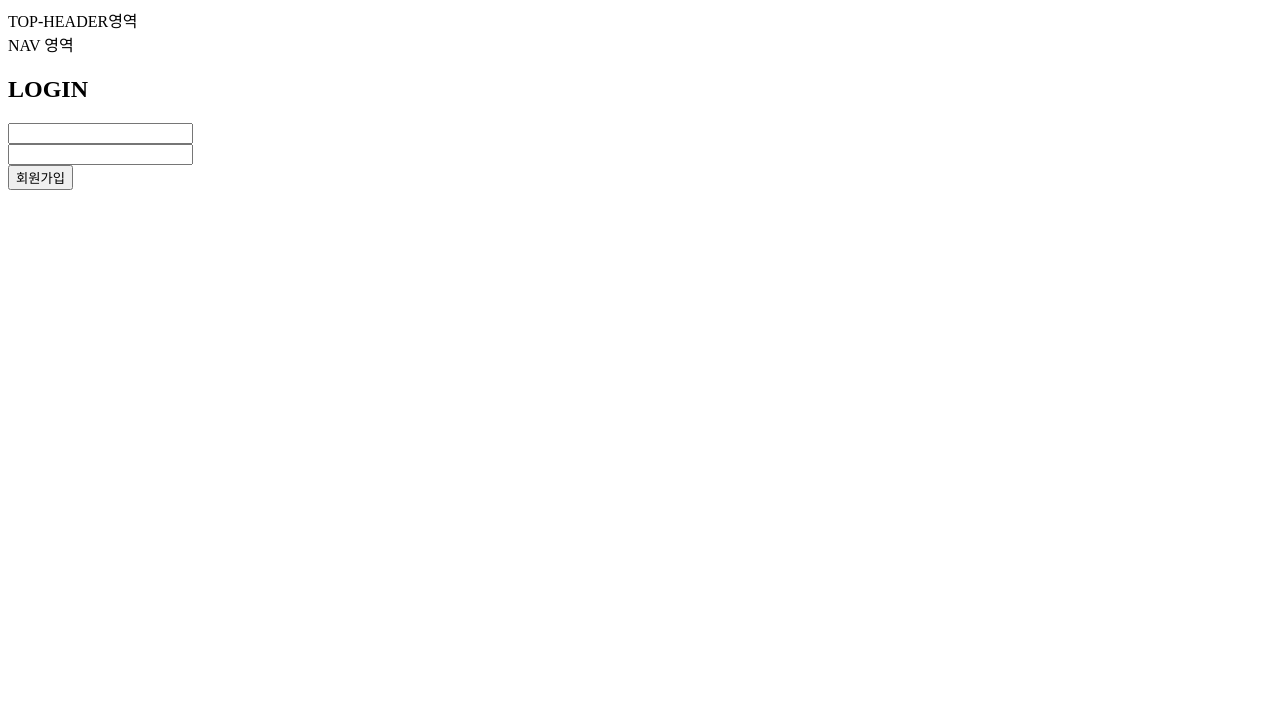
Repository: Leehj9094/JAVA_BOOK-
Page: http://localhost/01JSP/C04/login_form.jsp
The author's editor kept a copy of each file at every save. The page is drawn from the files as they stood at one save, then again after the next save.
The browser window is 1280 px wide. The pictures show the whole page.
The page is served by Tomcat 9. Other server files are loaded and not shown.

Above is the page before, as saved 2025-04-03 00:16:27.

### JSP/01JSP/src/main/webapp/C04/login_form.jsp
<%@ page language="java" contentType="text/html; charset=UTF-8"
	pageEncoding="UTF-8"%>
<!DOCTYPE html>
<html>
<head>
<meta charset="UTF-8">
<title>Insert title here</title>
</head>
<body>
	<div class="wrapper">
		<header>
			<!--  -->
			<%@ include file="./layouts/TopHeader.jsp"%>
			<!--  -->
			<%@ include file="./layouts/Nav.jsp"%>
		</header>
		<main>
			<section>
				<h1>LOGIN</h1>
				<form action="Login_process.jsp" method="post">
					<input type="text" name="userid" /><br> <input type="text"
						name="password" /><br> <input type="submit" value="회원가입" />
				</form>
			</section>
		</main>
		<footer>

		</footer>
</body>
</html>

### JSP/01JSP/src/main/webapp/C04/layouts/TopHeader.jsp
<%@ page language="java" contentType="text/html; charset=UTF-8"
    pageEncoding="UTF-8"%>
<!-- TOP-HEADER -->
<div class="top-header">TOP-HEADER영역</div>

### JSP/01JSP/src/main/webapp/C04/layouts/Nav.jsp
<%@ page language="java" contentType="text/html; charset=UTF-8"
    pageEncoding="UTF-8"%>

<!-- NAV -->
<nav>NAV 영역</nav>

After the next save:
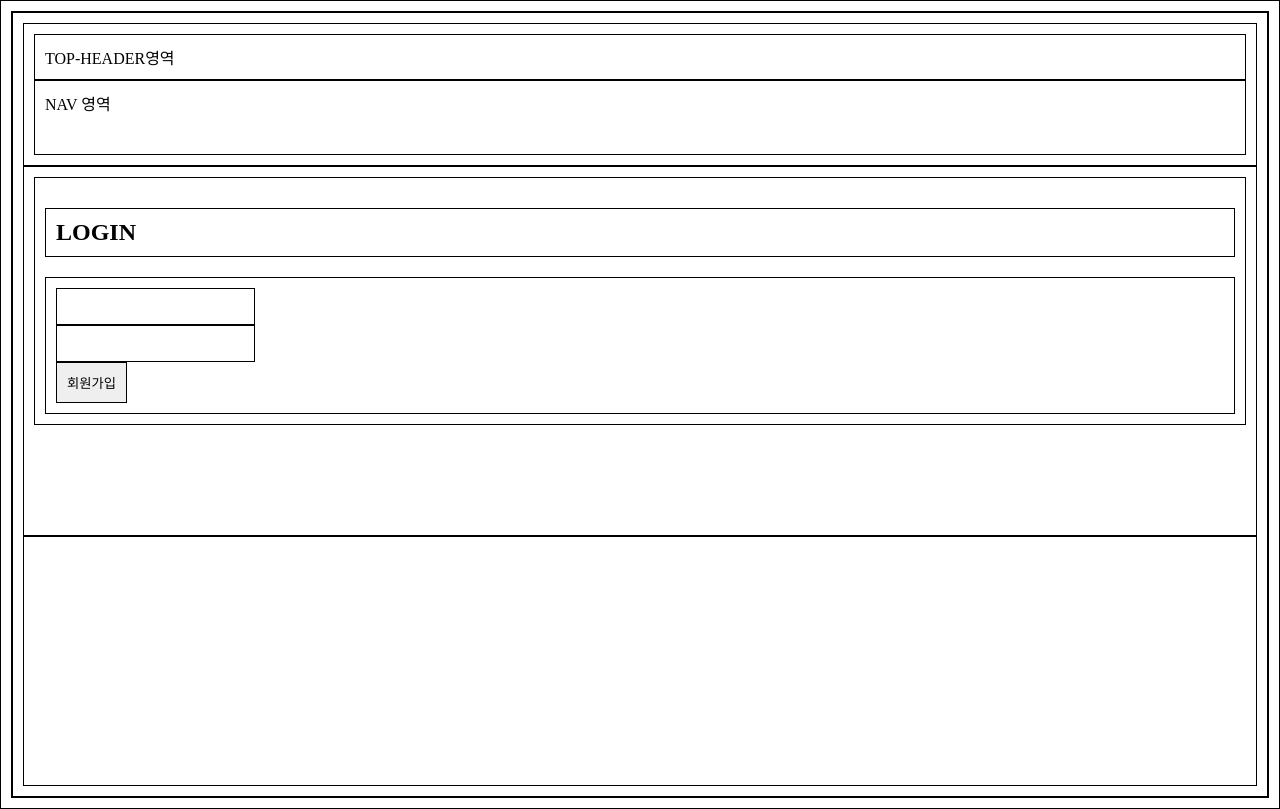
Saved 26 s later.
--- a/JSP/01JSP/src/main/webapp/C04/login_form.jsp
+++ b/JSP/01JSP/src/main/webapp/C04/login_form.jsp
@@ -5,6 +5,20 @@
 <head>
 <meta charset="UTF-8">
 <title>Insert title here</title>
+<style>
+	:root{}
+	*{box-sizing:border-box; padding:10px; border:1px solid;}
+	a{}
+	ul{}
+	body{padding:0; margin:0;}
+	.wrapper{height: 100%;}
+	.wrapper>header{min-height:100px;}
+	.wrapper>header>top-header{min-height:25px;}
+	.wrapper>header>nav{min-height:75px;}
+	.wrapper>main{min-height:calc(100vh - 100px - 250px);}
+	.wrapper>main>section{}
+	.wrapper>footer{min-height:250px;}
+</style>
 </head>
 <body>
 	<div class="wrapper">
